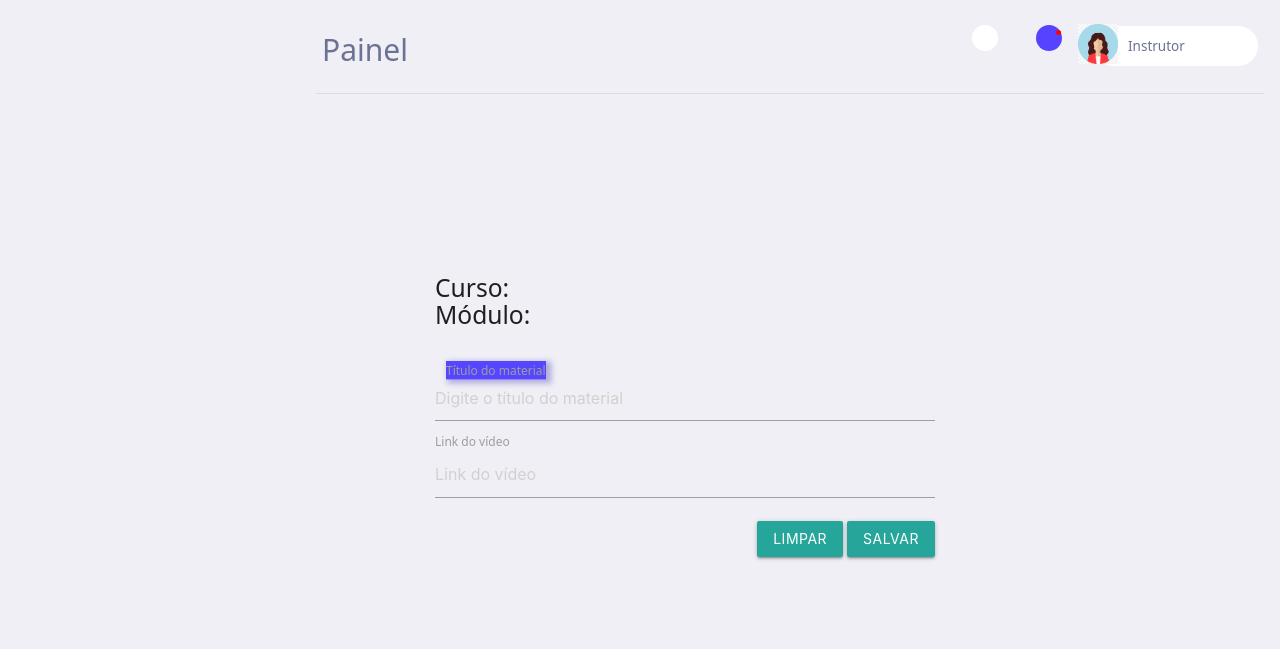
Repository: LauraMViana/Port-plus
Page: http://localhost/portPlus/addVideo
The author's editor kept a copy of each file at every save. The page is drawn from the files as they stood at one save, then again after the next save.
The browser window is 1280 px wide. The pictures show the whole page.
The page is this project's Thymeleaf template; nobody is signed in. The template is opened directly, without the code that normally fills it, so the values that code supplies are empty.

Above is the page before, as saved 2021-12-23 15:08:28.

After the next save:
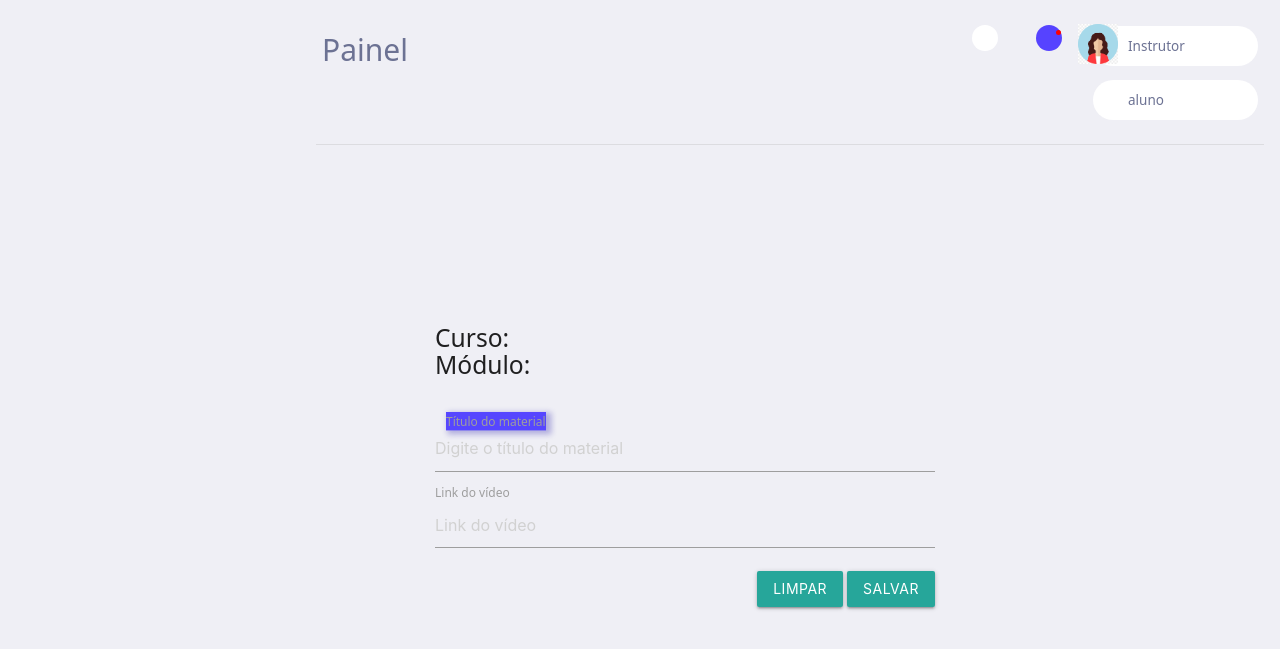
Saved 74 s later.
--- a/port/src/main/resources/templates/menu.html
+++ b/port/src/main/resources/templates/menu.html
@@ -76,6 +76,9 @@
 								<i class="fa fa-power-off"></i> &nbsp;&nbsp;Sair
 							</p>
 						</div>
+						<p>
+							aluno <i class="fa fa-ellipsis-v dots" aria-hidden="true"></i>
+						</p>
 					</div>
 				</div>
 				<div class="clearfix"></div>
